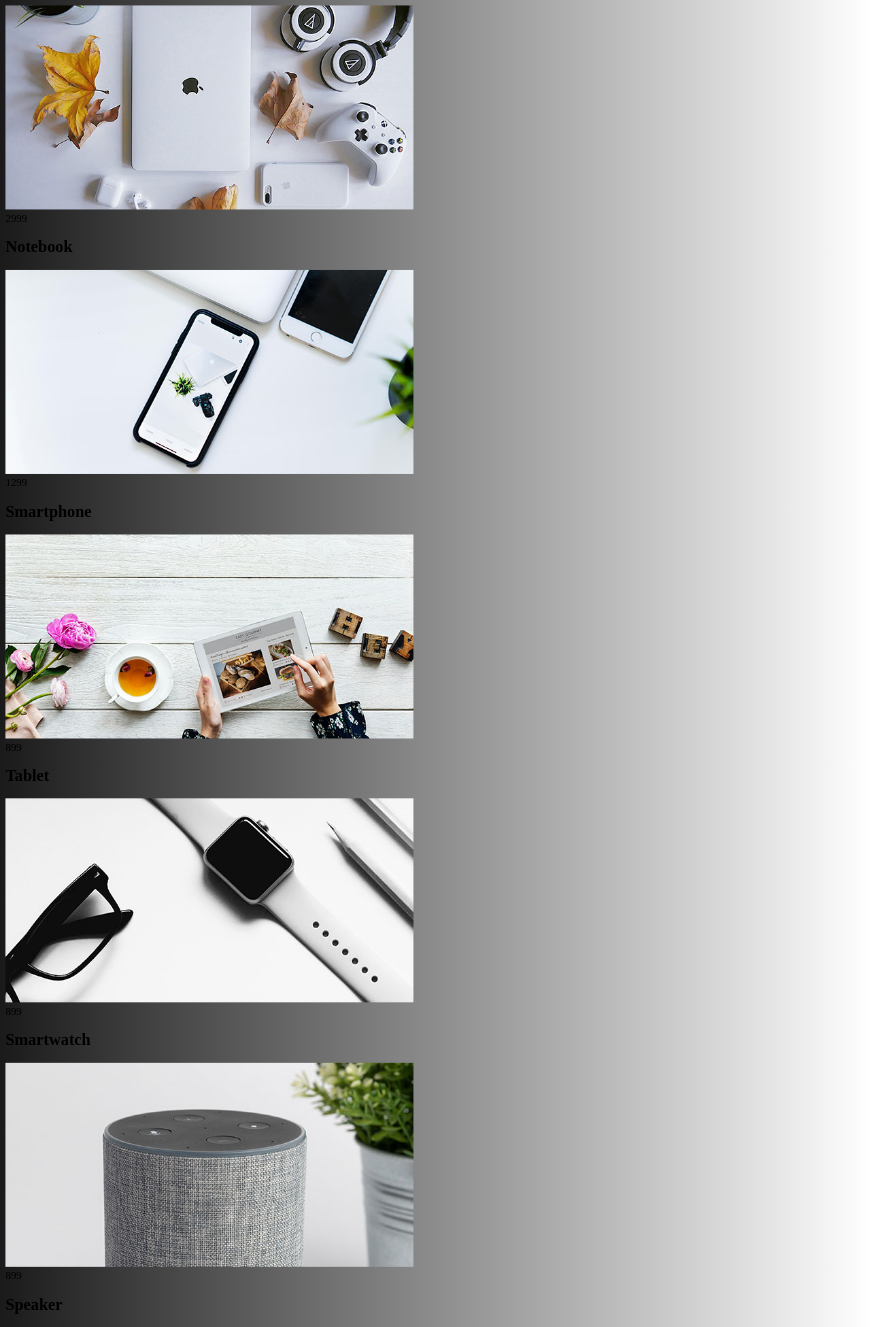
Repository: tomvieir/techno
Page: index.html
These files come from the project's save history. The page is drawn as it stood at one moment and after the next save; the edit follows.
The browser window is 1280 px wide. The pictures show the whole page, at 68% of full size.

Above is the page before, as saved 2022-06-23 15:24:07.

### index.html
<!DOCTYPE html>
<html lang="en">
<head>
  <meta charset="UTF-8">
  <meta name="viewport" content="width=device-width, initial-scale=1.0">
  <meta http-equiv="X-UA-Compatible" content="ie=edge">
  <script src="./vue.min.js"></script>
  <link rel="stylesheet" href="./style.css">
  <title>Techno</title>
</head>
<body>
  <div id="app">

    <section class="produtos">
      <div class="produto" v-for="produto in produtos" :key="produto.id">
        <img :src="produto.img" :alt="produto.nome">
        <div>
          <span class="produto_preco">{{produto.preco}}</span>
          <h2>{{produto.nome}}</h2>

        </div>


      </div>

    </section>

  </div>

  <script src="./app.js"></script>
</body>
</html>

### style.css
body. h1, h2. ul. li {
    padding: 0px;
    margin: 0px;
}

ul {
    list-style: none;
}

* {
    box-sizing: border-box;
}

body {
    background: linear-gradient(to right, #1a1a1a, #fff);
}

### app.js
const vm = new Vue({
  el: "#app",
  data: {
    produtos: []
  },
  methods: {
    fetchProdutos() {
      fetch("./api/produtos.json")
        .then(r => r.json())
        .then(r => {
          this.produtos = r;
        })


    }
  },
  created() {
    this.fetchProdutos();
  }
})

### api/produtos.json
[
  {
    "id": "notebook",
    "nome": "Notebook",
    "preco": 2999,
    "img": "./api/produtos/notebook/notebook.jpg"
  },
  {
    "id": "smartphone",
    "nome": "Smartphone",
    "preco": 1299,
    "img": "./api/produtos/smartphone/smartphone.jpg"
  },
  {
    "id": "tablet",
    "nome": "Tablet",
    "preco": 899,
    "img": "./api/produtos/tablet/tablet.jpg"
  },
  {
    "id": "smartwatch",
    "nome": "Smartwatch",
    "preco": 899,
    "img": "./api/produtos/smartwatch/smartwatch.jpg"
  },
  {
    "id": "speaker",
    "nome": "Speaker",
    "preco": 899,
    "img": "./api/produtos/speaker/speaker.jpg"
  }
]

Loaded but not shown: vue.min.js (library)

After the next save:
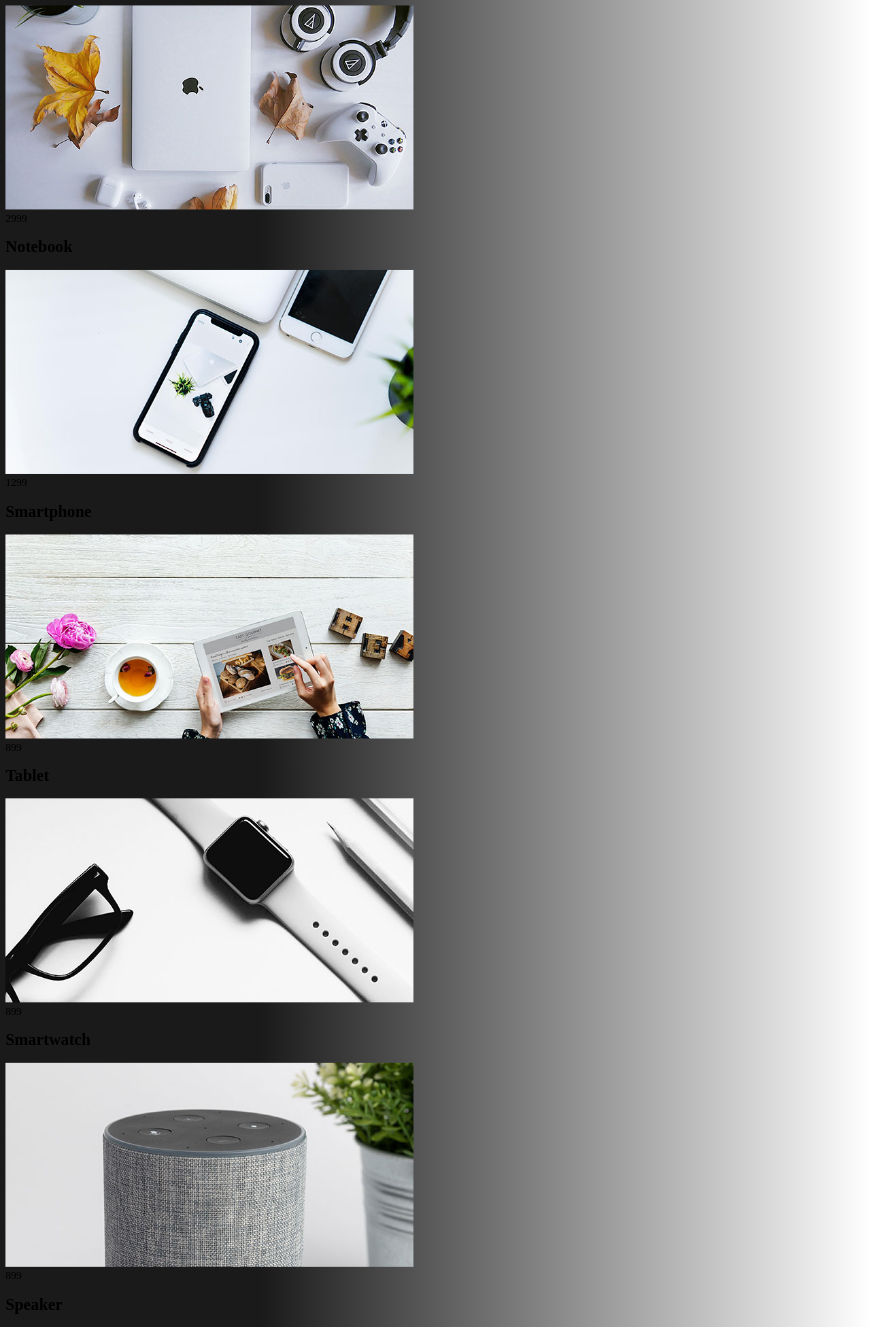
Saved 5 s later.
--- a/style.css
+++ b/style.css
@@ -12,5 +12,5 @@
 }
 
 body {
-    background: linear-gradient(to right, #1a1a1a, #fff);
+    background: linear-gradient(to right, #1a1a1a 30%, #fff);
 }
